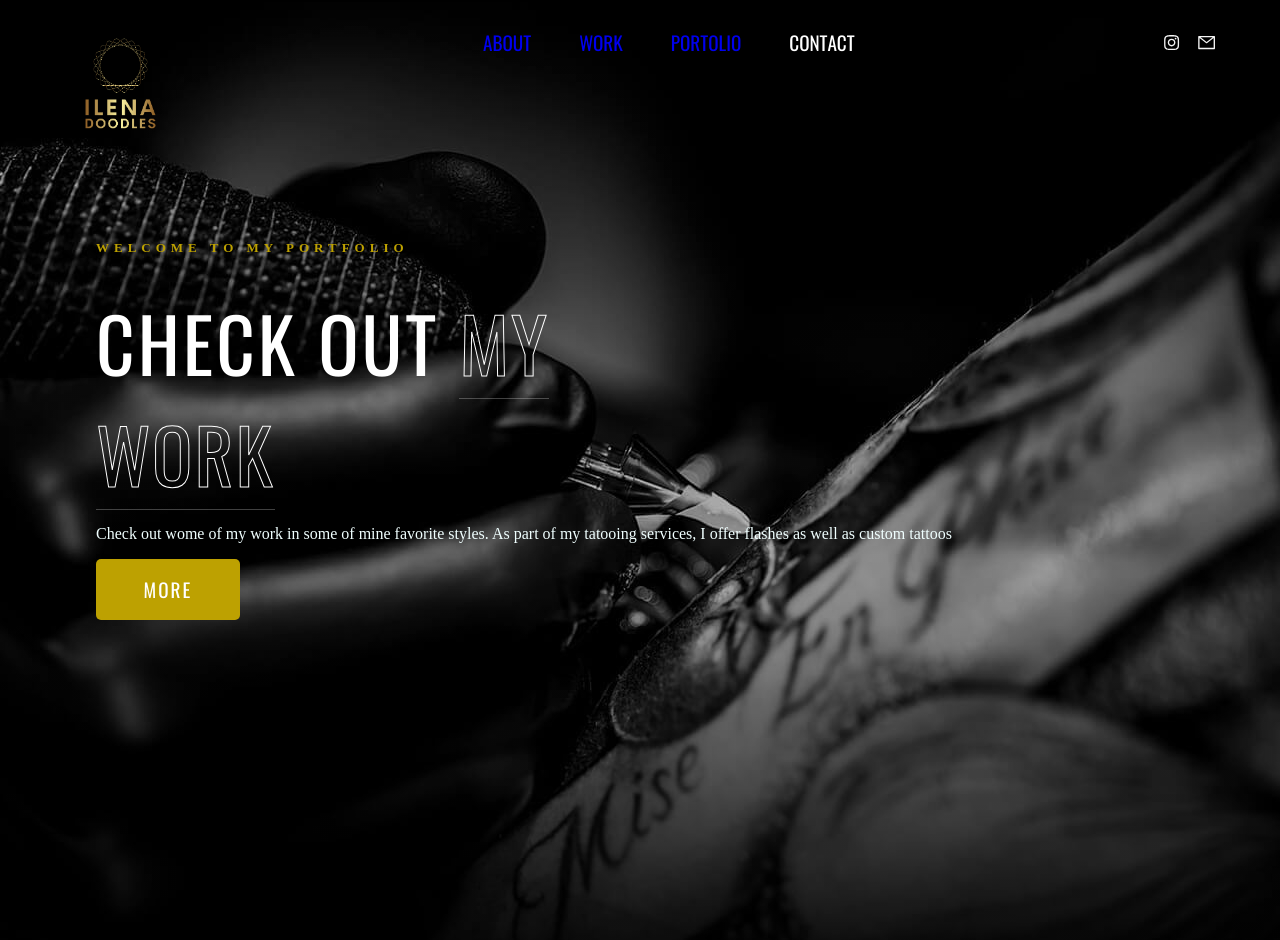
Repository: Leoka2000/Ilena
Page: /portfolio
An editor plug-in stored every save of this project. The page is shown before and after a run of saves, followed by the edit.
The browser window is 1280 px wide. The pictures show the whole page.
Backgrounds fixed to the window are drawn as part of the page. Some web fonts or font styles are not loaded; a fallback is used. The project was rebuilt for these pictures with package versions that can differ from the ones it lists, and the page was loaded fresh each time. Also part of the build but not shown: src/pages/hero/hero.css, src/pages/hero/hero.js, src/pages/about/about.css, src/pages/about/about.jsx, src/pages/home/home.js.

Above is the page before, as saved 2023-03-03 23:09:47.

After the next 2 saves:
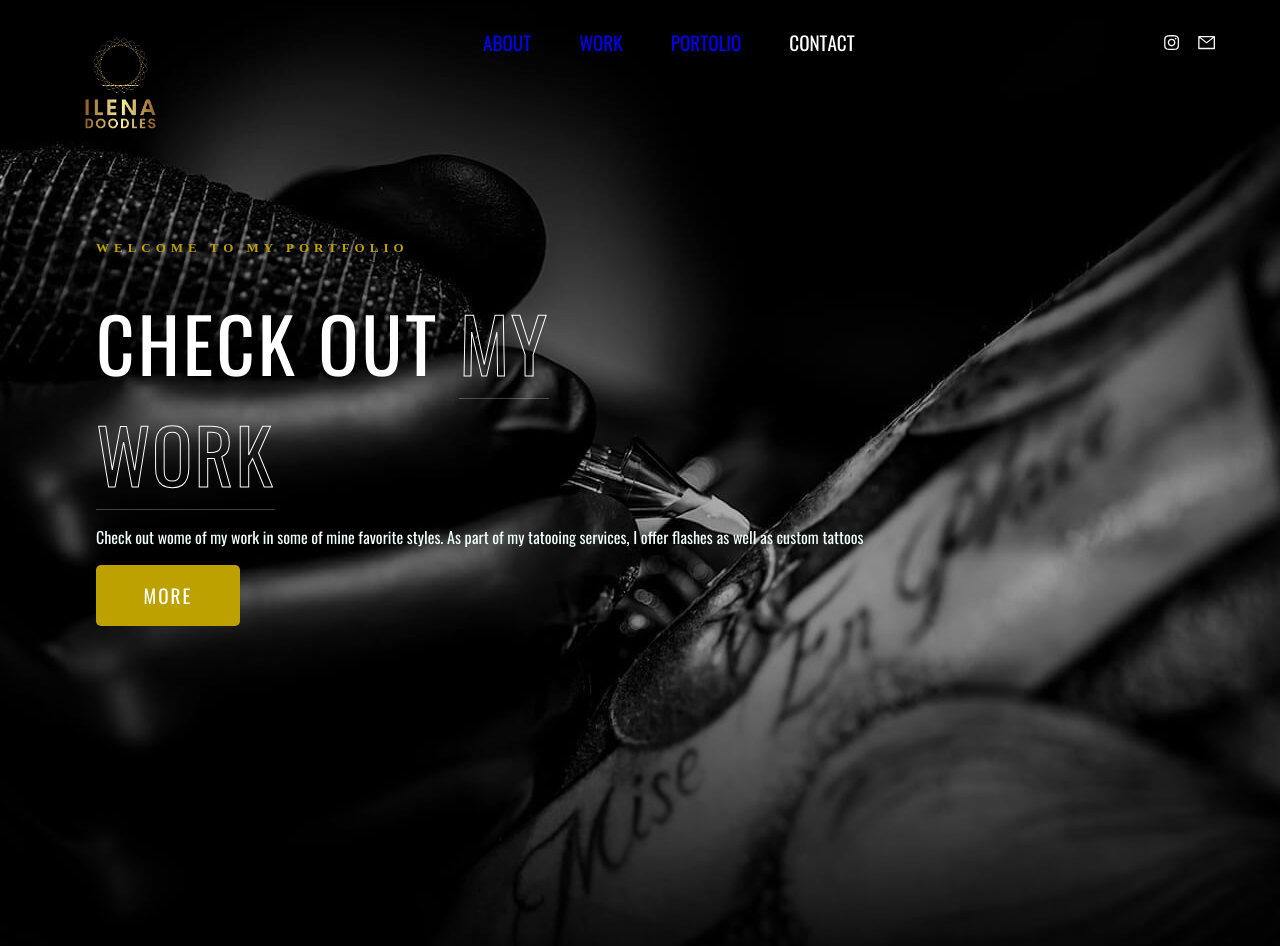
The 2 saves are shown as one change because they came seconds apart.
The last was saved 52 s later.
--- a/src/pages/portfolio/portfolio-hero.css
+++ b/src/pages/portfolio/portfolio-hero.css
@@ -48,7 +48,7 @@ letter-spacing: 3px;
     border-bottom: 1px solid rgba(255,255,255,0.25);
 }
 .portfolio-hero-section > button {
-    font-family: inherit;
+
     font-family: 'Oswald', sans-serif;
     padding: 1rem;
     letter-spacing: 2px;
@@ -61,6 +61,9 @@ letter-spacing: 3px;
     transition: 0.2s;
     cursor: pointer;
 }
+.portfolio-hero-section > small {
+    font-family: 'Oswald', sans-serif;
+}
 .portfolio-hero-section > button:hover {
     color: black;
     background-color: white;
